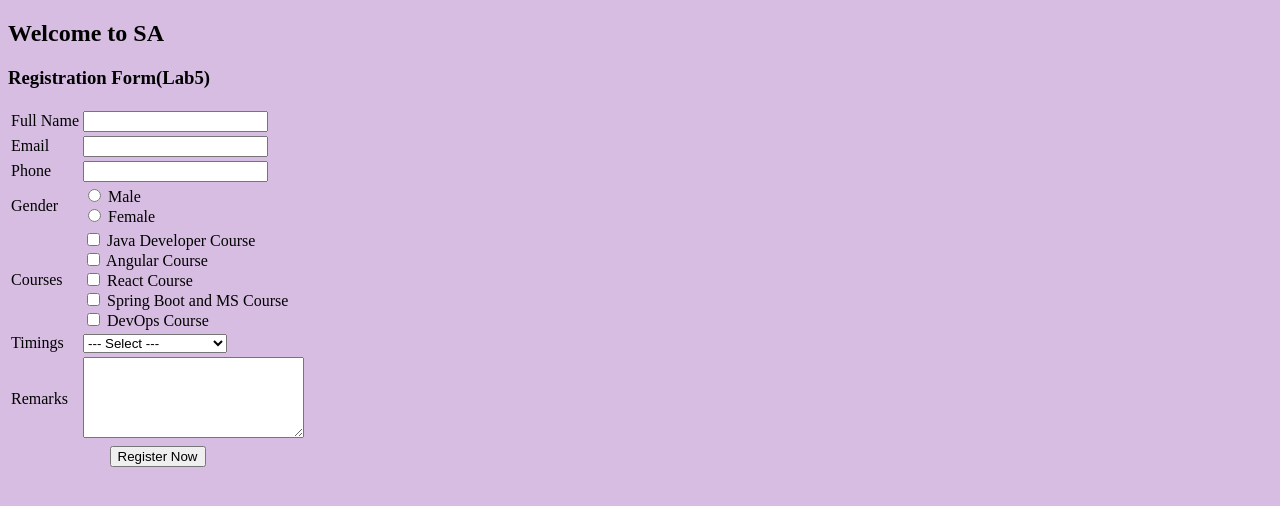
Repository: cuadarsh07/Servlets-Lab
Page: Registration/WebContent/index.html
An editor plug-in stored every save of this project. The page is shown before and after the next save, followed by the edit.
The browser window is 1280 px wide. The pictures show the whole page.

Above is the page before, as saved 2025-06-16 13:32:14.

After the next save:
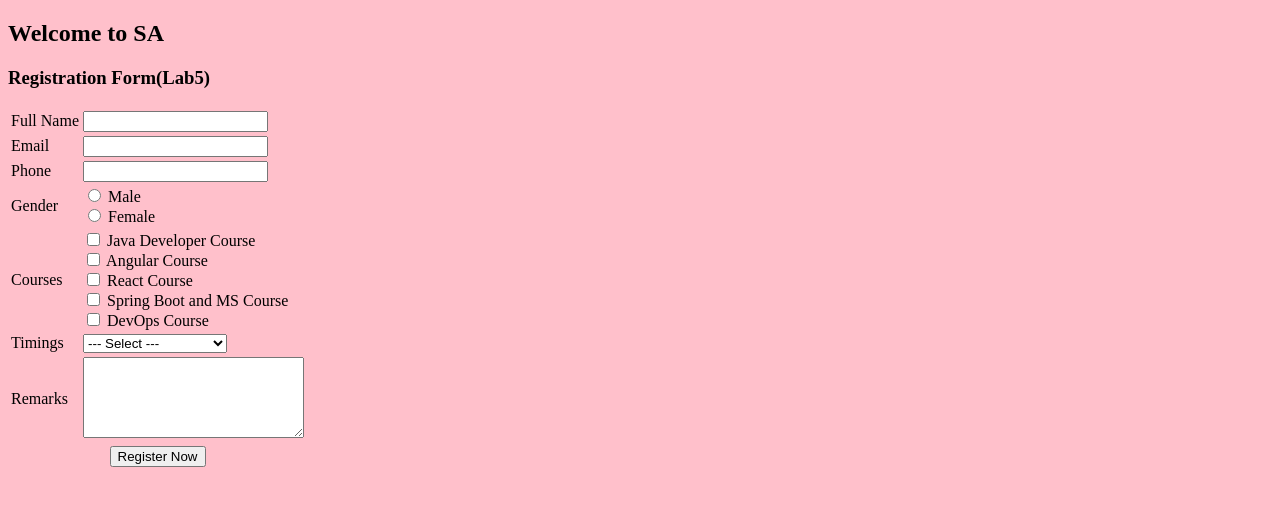
Saved 29 s later.
--- a/Registration/WebContent/index.html
+++ b/Registration/WebContent/index.html
@@ -3,7 +3,7 @@
 <head>
 <title>Welcome to JK</title>
 </head>
-<body bgcolor="#d7bde2">
+<body bgcolor="pink">
 	<h2>Welcome to SA</h2>
 	<h3>Registration Form(Lab5)</h3>
 
